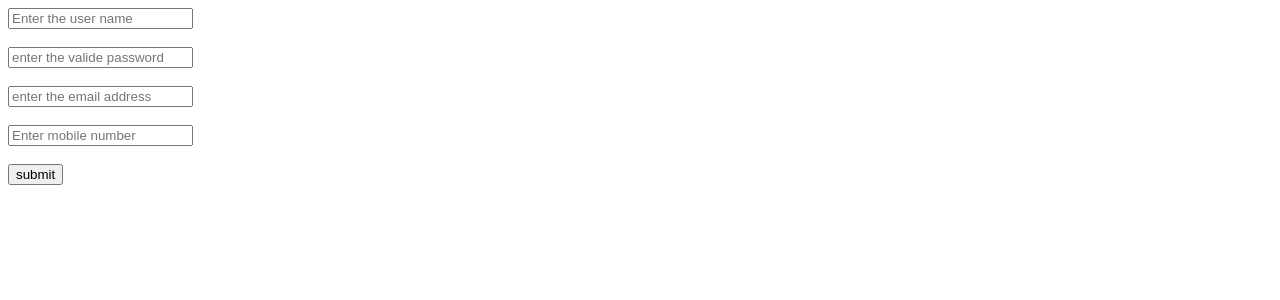
Repository: LSLParvathi/WebApplications
Page: http://localhost/loginpage/Resources/jsp/Register.jsp
These files come from the project's save history. The page is drawn as it stood at one moment and after the next save; the edit follows.
The browser window is 1280 px wide. The pictures show the whole page.
The page is served by Tomcat 9.

Above is the page before, as saved 2020-02-14 06:09:17.

After the next save:
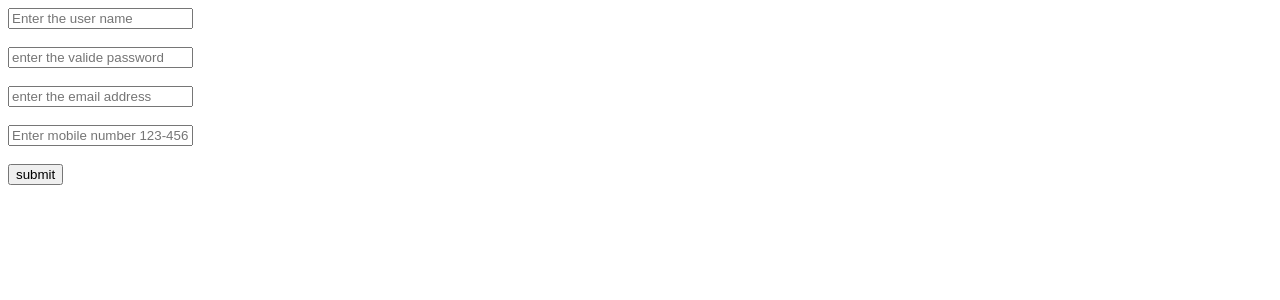
Saved 62 s later.
--- a/loginpage/WebContent/Resources/jsp/Register.jsp
+++ b/loginpage/WebContent/Resources/jsp/Register.jsp
@@ -12,7 +12,7 @@
             <input type="text" name="user" placeholder="Enter the user name"><br><br>
             <input type="password" name="pass" placeholder="enter the valide password"><br><br>
             <input type="email" placeholder="enter the email address"><br><br>
-            <input type="tel" Placeholder="Enter mobile number" pattern="[0-9]{3}-[0-9]{4}-[0-9]{3}"><br><br>
+            <input type="tel" Placeholder="Enter mobile number 123-4567-789" pattern="[0-9]{3}-[0-9]{4}-[0-9]{3}"><br><br>
             <input type="submit" value="submit">
           </div>
         </form>

After the save that followed:
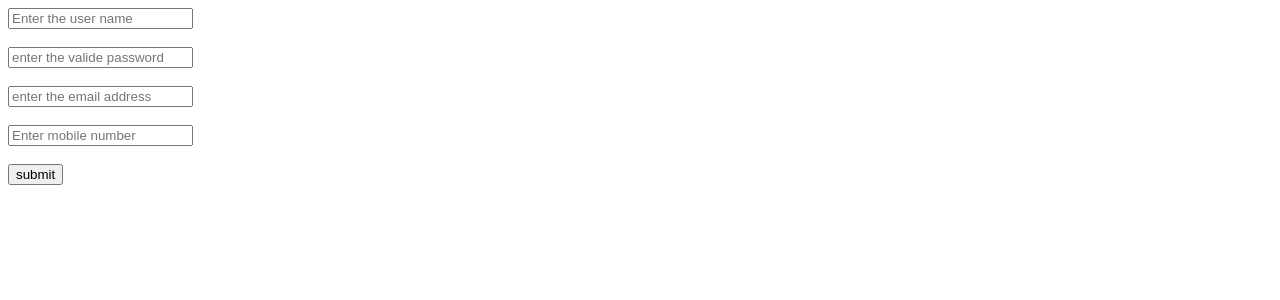
Saved 3 min 2 s later.
--- a/loginpage/WebContent/Resources/jsp/Register.jsp
+++ b/loginpage/WebContent/Resources/jsp/Register.jsp
@@ -12,7 +12,7 @@
             <input type="text" name="user" placeholder="Enter the user name"><br><br>
             <input type="password" name="pass" placeholder="enter the valide password"><br><br>
             <input type="email" placeholder="enter the email address"><br><br>
-            <input type="tel" Placeholder="Enter mobile number 123-4567-789" pattern="[0-9]{3}-[0-9]{4}-[0-9]{3}"><br><br>
+            <input type="tel" Placeholder="Enter mobile number" pattern="[0-9]{3}-[0-9]{4}-[0-9]{3}"><br><br>
             <input type="submit" value="submit">
           </div>
         </form>
